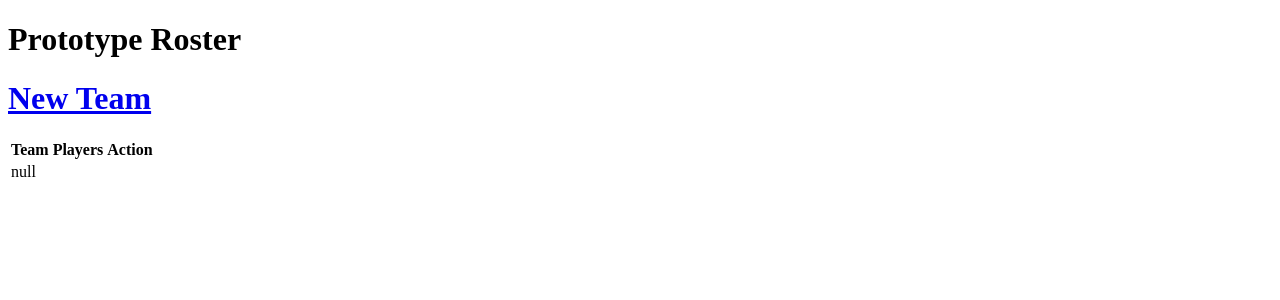
Repository: ohis/JAVAOnTheWeb
Page: http://localhost/TeamRoster/Home
The author's editor kept a copy of each file at every save. The page is drawn from the files as they stood at one save, then again after the next save.
The browser window is 1280 px wide. The pictures show the whole page.
The page is served by Tomcat 9. Other server files are loaded and not shown.

Above is the page before, as saved 2017-12-04 04:04:21.

### servlets/TeamRoster/WebContent/WEB-INF/views/Home.jsp
<%@ page language="java" contentType="text/html; charset=ISO-8859-1"
    pageEncoding="ISO-8859-1"%>
<!DOCTYPE html PUBLIC "-//W3C//DTD HTML 4.01 Transitional//EN" "http://www.w3.org/TR/html4/loose.dtd">
<html>
<head>
<meta http-equiv="Content-Type" content="text/html; charset=ISO-8859-1">
<title>Home</title>
</head>
<body>

<h1>Prototype Roster</h1>  <h1><a href="Team">New Team</a></h1>

  <table>
    <tr>
     <th>Team</th>
     <th>Players</th>
     <th>Action</th>
    </tr>
     <tr>
      <td><%String t = (String)request.getSession().getAttribute("name"); %>
        <%= t %>
      </td>
     </tr>


  </table>


</body>
</html>

### servlets/TeamRoster/src/com/codingdojo/web/controller/team/Home.java
package com.codingdojo.web.controller.team;

import java.io.IOException;

import javax.servlet.RequestDispatcher;
import javax.servlet.ServletException;
import javax.servlet.annotation.WebServlet;
import javax.servlet.http.HttpServlet;
import javax.servlet.http.HttpServletRequest;
import javax.servlet.http.HttpServletResponse;
import javax.servlet.http.HttpSession;

/**
 * Servlet implementation class Home
 */
@WebServlet("/Home")
public class Home extends HttpServlet {
	private static final long serialVersionUID = 1L;

    /**
     * @see HttpServlet#HttpServlet()
     */
    public Home() {
        super();
        // TODO Auto-generated constructor stub
    }

	/**
	 * @see HttpServlet#doGet(HttpServletRequest request, HttpServletResponse response)
	 */
	protected void doGet(HttpServletRequest request, HttpServletResponse response) throws ServletException, IOException {
		// TODO Auto-generated method stub
		HttpSession session = request.getSession();
		RequestDispatcher view = request.getRequestDispatcher("/WEB-INF/views/Home.jsp");
		view.forward(request, response);
	}

	/**
	 * @see HttpServlet#doPost(HttpServletRequest request, HttpServletResponse response)
	 */
	protected void doPost(HttpServletRequest request, HttpServletResponse response) throws ServletException, IOException {
		// TODO Auto-generated method stub
		doGet(request, response);
	}

}

After the next save:
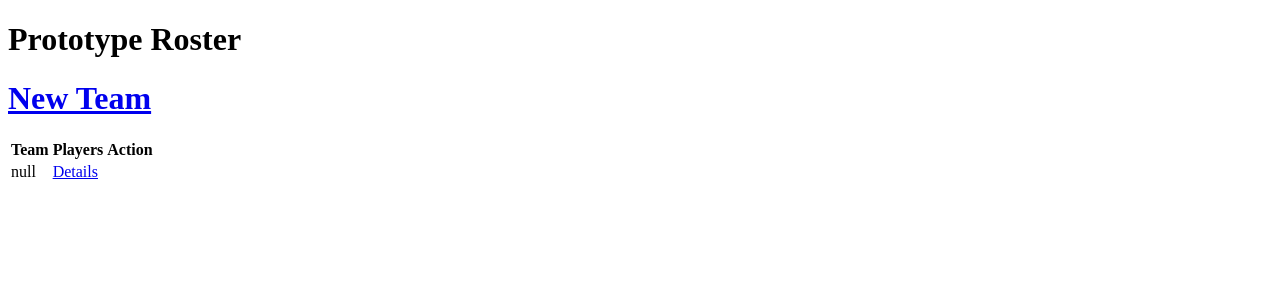
Saved 5 min 29 s later.
--- a/servlets/TeamRoster/WebContent/WEB-INF/views/Home.jsp
+++ b/servlets/TeamRoster/WebContent/WEB-INF/views/Home.jsp
@@ -20,6 +20,7 @@
       <td><%String t = (String)request.getSession().getAttribute("name"); %>
         <%= t %>
       </td>
+      <td><a href="#">Details</a></td>
      </tr>
 
 
